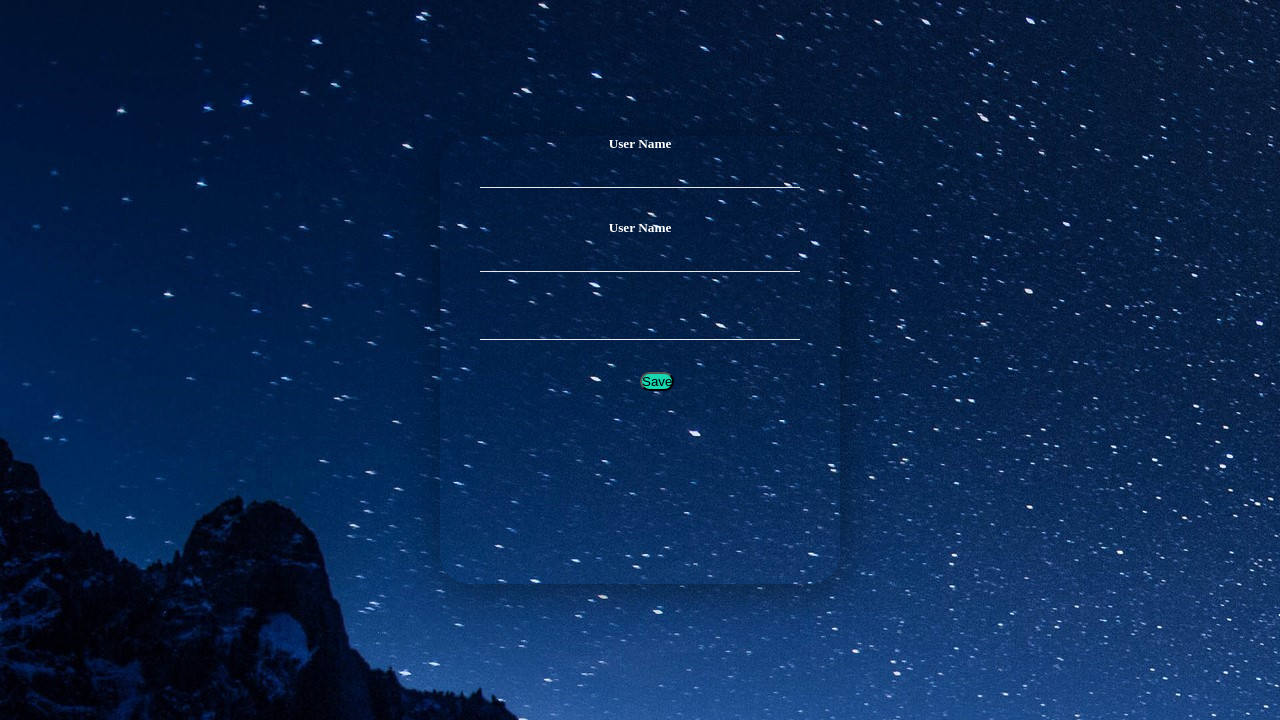
Repository: rkrukshan/Glass_Login_CSS
Page: login.html
These files come from the project's save history. The page is drawn as it stood at one moment and after a run of saves; the edit follows.
The browser window is 1280 px wide. The pictures show the whole page.

Above is the page before, as saved 2023-10-03 20:14:43.

After the next 3 saves:
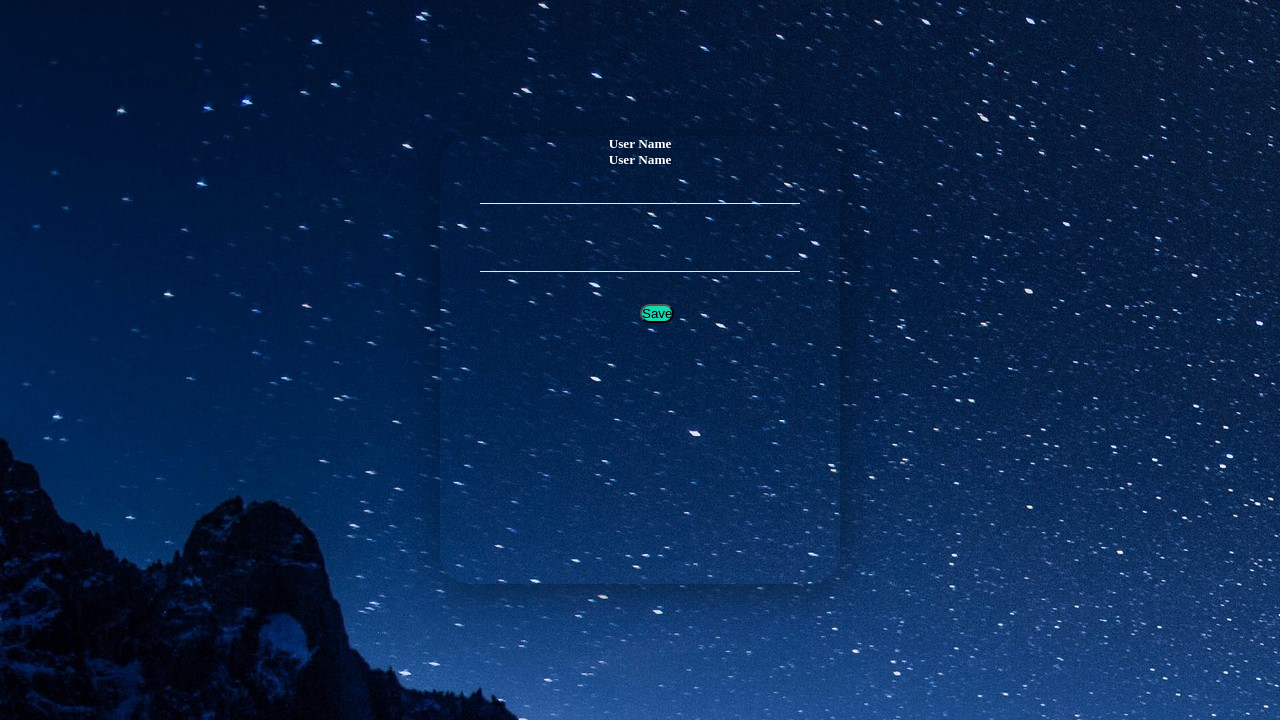
The 3 saves are shown as one change because they came seconds apart.
The last was saved 24 s later.
--- a/login.html
+++ b/login.html
@@ -62,7 +62,6 @@
             <center><label for="" style="color:white">
                     <h5><strong>User Name</strong></h5>
                 </label></center>
-            <input type="text">
             <center><label for="" style="color:white">
                     <h5><strong>User Name</strong></h5>
                 </label></center>
